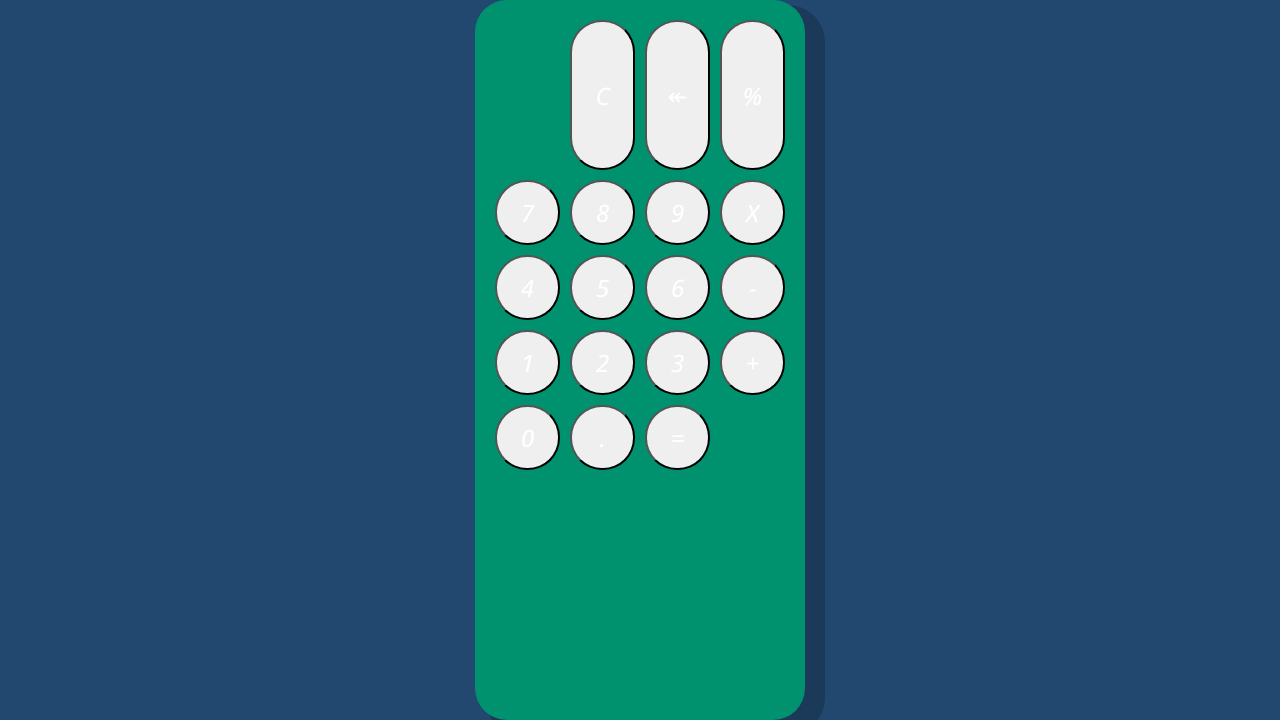
Repository: jhonenmanuel1/javaScript-calculator
Page: src/index.html
An editor plug-in stored every save of this project. The page is shown before and after the next save, followed by the edit.
The browser window is 1280 px wide. The pictures show the whole page.

Above is the page before, as saved 2022-08-02 23:14:51.

### src/index.html
<!DOCTYPE html>
<html lang="en">
  <head>
    <meta charset="UTF-8" />
    <meta http-equiv="X-UA-Compatible" content="IE=edge" />
    <meta name="viewport" content="width=device-width, initial-scale=1.0" />
    <title>JavaScript Calculator</title>
    <link href="https://fonts.googleapis.com/css2?family=Open+Sans:ital,wght@1,500&display=swap" rel="stylesheet">
    <link href="styles.css" rel="stylesheet"/>
  </head>
  <body>
    <div class="container">
      <div class="calculator">
        <div class="display">
          <div id="last-value"></div>
          <div id="actual-value"></div>
        </div>
        <button class="col-2"> C</button>
        <button>&Larr;</button>
        <button class="number">%</button>
        <button class="number">7</button>
        <button class="number">8</button>
        <button class="number">9</button>
        <button class="operator" >X</button>
        <button class="number">4</button>
        <button class="number">5</button>
        <button class="number">6</button>
        <button class="operator">-</button>
        <button class="number">1</button>
        <button class="number">2</button>
        <button class="number">3</button>
        <button class="operator">+</button>
        <button class=" col-2 number">0</button>
        <button class="number">.</button>
        <button class="operator">=</button>
      </div>
    </div>
  </body>
</html>

### src/styles.css
* {
    font-family: 'Open Sans', sans-serif;
    color: #fff;
}
body{
    margin: 0;
    background-color: #224870;
}
.container{
    display: flex;
    justify-content: center;
    height: 100vh;

}
.calculator{
    display: grid;
    grid-template-columns: repeat(4, 75px);
    grid-template-rows: 160px repeat(5, 75px);
    background-color: #00916e;
    padding: 15px;
    border-radius: 32px;
    box-shadow: 15px  10px 0px 5px #00000033;

}
button{
    cursor: pointer;
    margin: 5px;
    padding: 0;
    border-radius: 32px;
    font-size: 1.5em;
}

After the next save:
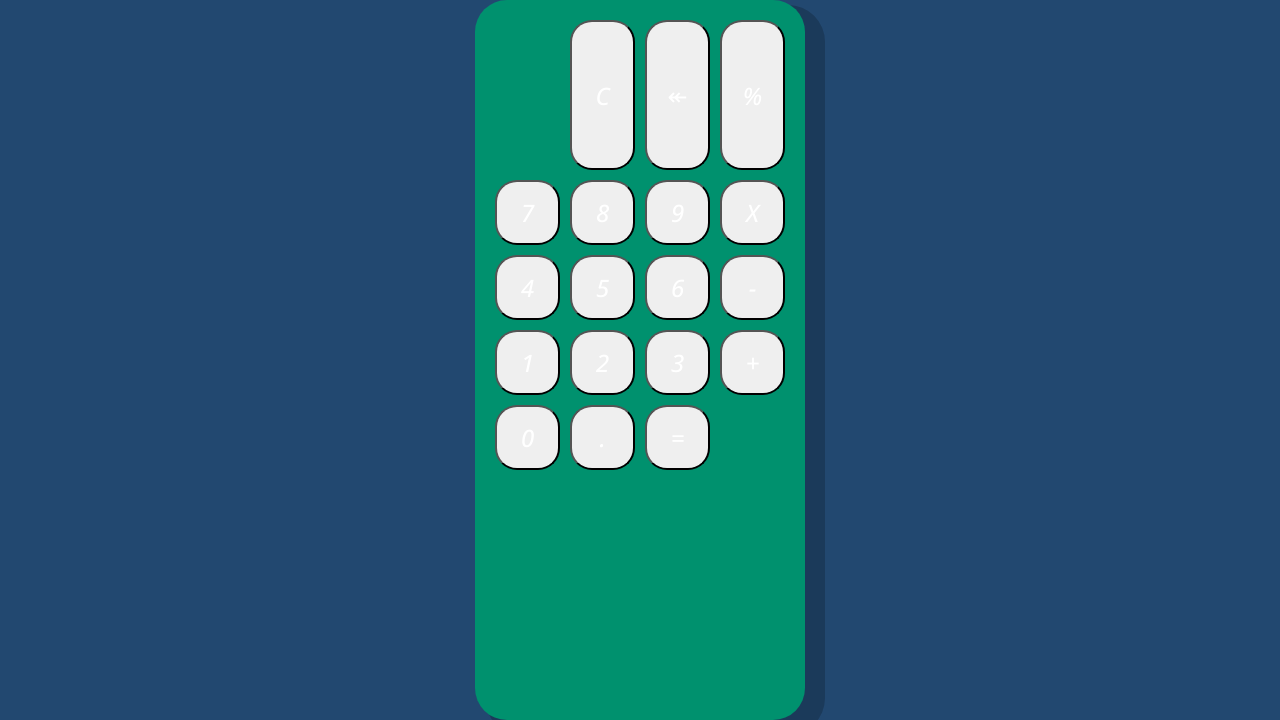
Saved 10 s later.
--- a/src/styles.css
+++ b/src/styles.css
@@ -26,6 +26,6 @@ button{
     cursor: pointer;
     margin: 5px;
     padding: 0;
-    border-radius: 32px;
+    border-radius: 22px;
     font-size: 1.5em;
 }
